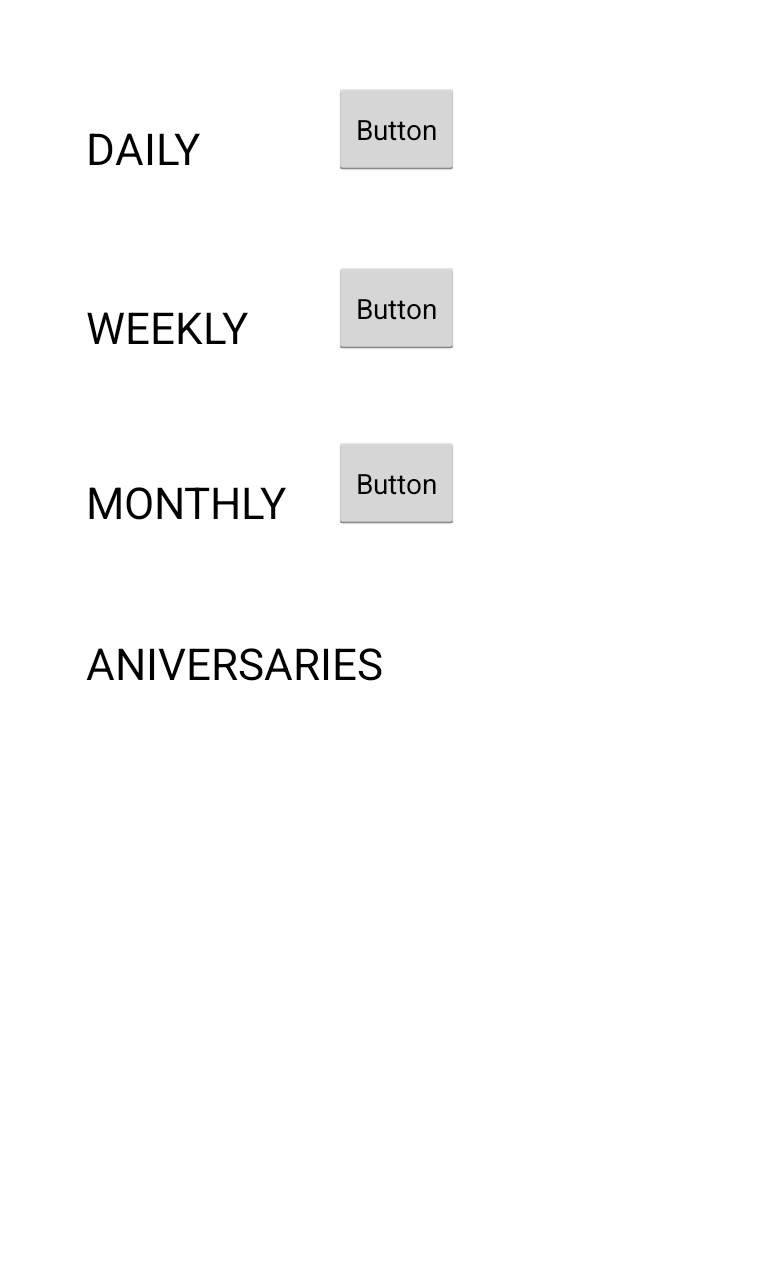
Repository: satyadarls/ToDo
Layout: ToDo/res/layout/activity_main.xml
The author's editor kept a copy of each file at every save. The layout is drawn from the files as they stood at one save, then again after the next save.
It is drawn on a 768 x 1280 px phone screen (xhdpi) without system bars, with theme AppTheme; the app's code is not run.

Above is the layout before, as saved 2014-07-06 09:34:14.

### ToDo/res/layout/activity_main.xml
<?xml version="1.0" encoding="utf-8"?>
<RelativeLayout xmlns:android="http://schemas.android.com/apk/res/android"
    android:layout_width="match_parent"
    android:layout_height="match_parent" >

    <TextView
        android:id="@+id/textView1"
        android:layout_width="wrap_content"
        android:layout_height="wrap_content"
        android:layout_alignParentLeft="true"
        android:layout_alignParentTop="true"
        android:layout_marginLeft="43dp"
        android:layout_marginTop="59dp"
        android:text="DAILY"
        android:textAppearance="?android:attr/textAppearanceLarge" />

    <Button
        android:id="@+id/button1"
        style="?android:attr/buttonStyleSmall"
        android:layout_width="wrap_content"
        android:layout_height="wrap_content"
        android:layout_alignBottom="@+id/textView1"
        android:layout_marginLeft="42dp"
        android:layout_toRightOf="@+id/textView2"
        android:text="Button" />

    <Button
        android:id="@+id/button2"
        style="?android:attr/buttonStyleSmall"
        android:layout_width="wrap_content"
        android:layout_height="wrap_content"
        android:layout_alignBottom="@+id/textView2"
        android:layout_alignLeft="@+id/button1"
        android:text="Button" />

    <TextView
        android:id="@+id/textView2"
        android:layout_width="wrap_content"
        android:layout_height="wrap_content"
        android:layout_alignLeft="@+id/textView1"
        android:layout_below="@+id/textView1"
        android:layout_marginTop="60dp"
        android:text="WEEKLY"
        android:textAppearance="?android:attr/textAppearanceLarge" />

    <TextView
        android:id="@+id/textView3"
        android:layout_width="wrap_content"
        android:layout_height="wrap_content"
        android:layout_alignLeft="@+id/textView2"
        android:layout_below="@+id/textView2"
        android:layout_marginTop="58dp"
        android:text="MONTHLY"
        android:textAppearance="?android:attr/textAppearanceLarge" />

    <Button
        android:id="@+id/button3"
        style="?android:attr/buttonStyleSmall"
        android:layout_width="wrap_content"
        android:layout_height="wrap_content"
        android:layout_alignBottom="@+id/textView3"
        android:layout_alignRight="@+id/button2"
        android:text="Button" />

    <TextView
        android:id="@+id/textView4"
        android:layout_width="wrap_content"
        android:layout_height="wrap_content"
        android:layout_alignLeft="@+id/textView3"
        android:layout_below="@+id/textView3"
        android:layout_marginTop="51dp"
        android:text="ANIVERSARIES"
        android:textAppearance="?android:attr/textAppearanceLarge" />

</RelativeLayout>

Loaded but not shown: ToDo/res/values/styles.xml (common file); ToDo/res/values-v11/styles.xml (common file); ToDo/res/values-v14/styles.xml (common file)

After the next save:
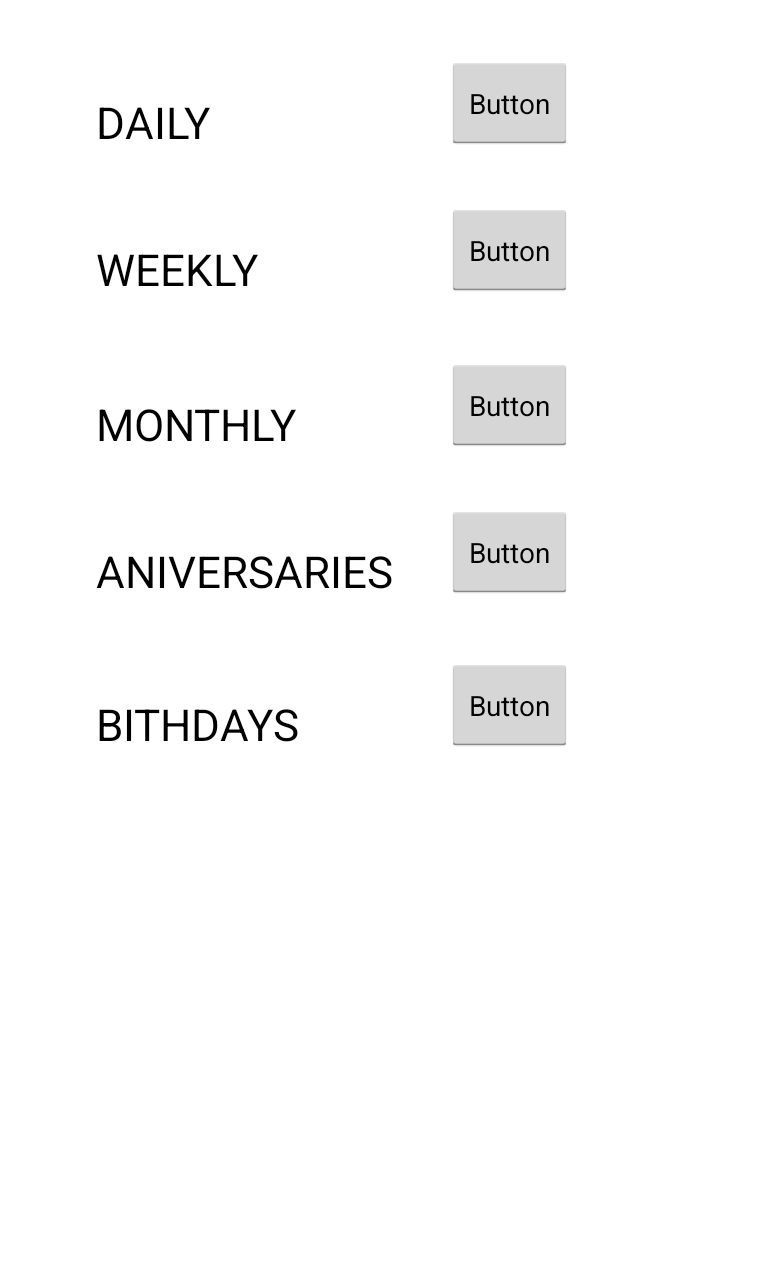
Saved 2 min 44 s later.
--- a/ToDo/res/layout/activity_main.xml
+++ b/ToDo/res/layout/activity_main.xml
@@ -2,6 +2,53 @@
 <RelativeLayout xmlns:android="http://schemas.android.com/apk/res/android"
     android:layout_width="match_parent"
     android:layout_height="match_parent" >
+
+    <Button
+        android:id="@+id/button3"
+        style="?android:attr/buttonStyleSmall"
+        android:layout_width="wrap_content"
+        android:layout_height="wrap_content"
+        android:layout_alignBottom="@+id/textView3"
+        android:layout_alignLeft="@+id/button2"
+        android:text="Button" />
+
+    <Button
+        android:id="@+id/button1"
+        style="?android:attr/buttonStyleSmall"
+        android:layout_width="wrap_content"
+        android:layout_height="wrap_content"
+        android:layout_above="@+id/textView2"
+        android:layout_marginLeft="26dp"
+        android:layout_toRightOf="@+id/textView4"
+        android:text="Button" />
+
+    <Button
+        android:id="@+id/button2"
+        style="?android:attr/buttonStyleSmall"
+        android:layout_width="wrap_content"
+        android:layout_height="wrap_content"
+        android:layout_above="@+id/textView3"
+        android:layout_alignLeft="@+id/button1"
+        android:text="Button" />
+
+    <Button
+        android:id="@+id/button4"
+        style="?android:attr/buttonStyleSmall"
+        android:layout_width="wrap_content"
+        android:layout_height="wrap_content"
+        android:layout_alignBottom="@+id/textView4"
+        android:layout_alignRight="@+id/button3"
+        android:text="Button" />
+
+    <TextView
+        android:id="@+id/textView4"
+        android:layout_width="wrap_content"
+        android:layout_height="wrap_content"
+        android:layout_alignLeft="@+id/textView3"
+        android:layout_below="@+id/textView3"
+        android:layout_marginTop="44dp"
+        android:text="ANIVERSARIES"
+        android:textAppearance="?android:attr/textAppearanceLarge" />
 
     <TextView
         android:id="@+id/textView1"
@@ -9,29 +56,10 @@
         android:layout_height="wrap_content"
         android:layout_alignParentLeft="true"
         android:layout_alignParentTop="true"
-        android:layout_marginLeft="43dp"
-        android:layout_marginTop="59dp"
+        android:layout_marginLeft="48dp"
+        android:layout_marginTop="46dp"
         android:text="DAILY"
         android:textAppearance="?android:attr/textAppearanceLarge" />
-
-    <Button
-        android:id="@+id/button1"
-        style="?android:attr/buttonStyleSmall"
-        android:layout_width="wrap_content"
-        android:layout_height="wrap_content"
-        android:layout_alignBottom="@+id/textView1"
-        android:layout_marginLeft="42dp"
-        android:layout_toRightOf="@+id/textView2"
-        android:text="Button" />
-
-    <Button
-        android:id="@+id/button2"
-        style="?android:attr/buttonStyleSmall"
-        android:layout_width="wrap_content"
-        android:layout_height="wrap_content"
-        android:layout_alignBottom="@+id/textView2"
-        android:layout_alignLeft="@+id/button1"
-        android:text="Button" />
 
     <TextView
         android:id="@+id/textView2"
@@ -39,7 +67,7 @@
         android:layout_height="wrap_content"
         android:layout_alignLeft="@+id/textView1"
         android:layout_below="@+id/textView1"
-        android:layout_marginTop="60dp"
+        android:layout_marginTop="44dp"
         android:text="WEEKLY"
         android:textAppearance="?android:attr/textAppearanceLarge" />
 
@@ -49,27 +77,27 @@
         android:layout_height="wrap_content"
         android:layout_alignLeft="@+id/textView2"
         android:layout_below="@+id/textView2"
-        android:layout_marginTop="58dp"
+        android:layout_marginTop="48dp"
         android:text="MONTHLY"
         android:textAppearance="?android:attr/textAppearanceLarge" />
 
+    <TextView
+        android:id="@+id/textView5"
+        android:layout_width="wrap_content"
+        android:layout_height="wrap_content"
+        android:layout_alignLeft="@+id/textView4"
+        android:layout_below="@+id/textView4"
+        android:layout_marginTop="47dp"
+        android:text="BITHDAYS"
+        android:textAppearance="?android:attr/textAppearanceLarge" />
+
     <Button
-        android:id="@+id/button3"
+        android:id="@+id/button5"
         style="?android:attr/buttonStyleSmall"
         android:layout_width="wrap_content"
         android:layout_height="wrap_content"
-        android:layout_alignBottom="@+id/textView3"
-        android:layout_alignRight="@+id/button2"
+        android:layout_alignBottom="@+id/textView5"
+        android:layout_alignLeft="@+id/button4"
         android:text="Button" />
 
-    <TextView
-        android:id="@+id/textView4"
-        android:layout_width="wrap_content"
-        android:layout_height="wrap_content"
-        android:layout_alignLeft="@+id/textView3"
-        android:layout_below="@+id/textView3"
-        android:layout_marginTop="51dp"
-        android:text="ANIVERSARIES"
-        android:textAppearance="?android:attr/textAppearanceLarge" />
-
 </RelativeLayout>
